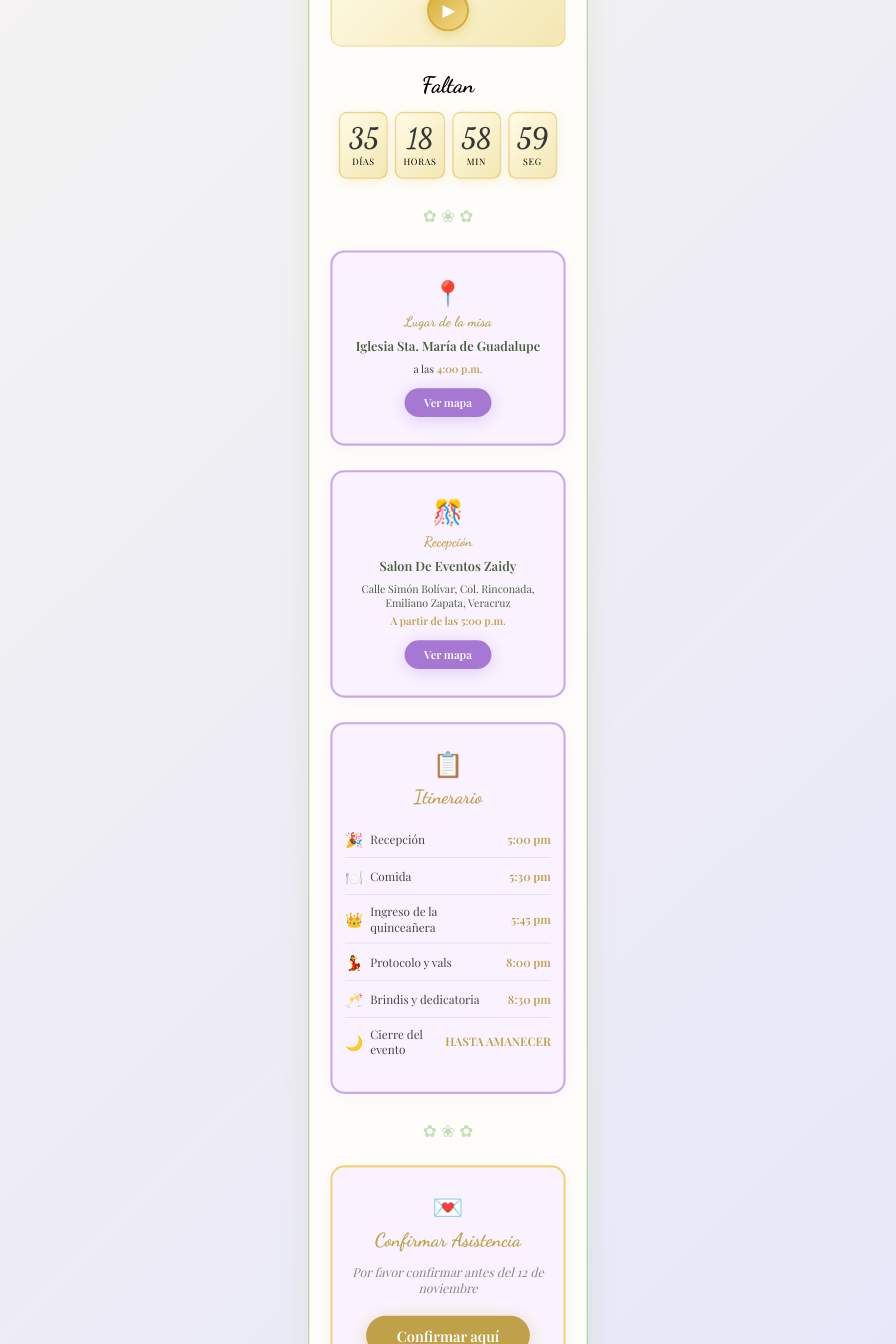
Repository: Jurgt2/InvitacionXvCamila
Page: index.html
The author's editor kept a copy of each file at every save. The page is drawn from the files as they stood at one save, then again after the next save.
The browser window is 1280 px wide. The pictures show the part of the page from y = 974 to 2894 px (the page is 3219 px tall), at 70% of full size.
Some web fonts or font styles are not loaded; a fallback is used.

Above is the page before, as saved 2025-11-15 14:23:21.
Console error: TypeError: Cannot read properties of null (reading 'href')

### index.html
<!DOCTYPE html>
<html lang="es">
<head>
    <meta charset="UTF-8">
    <meta name="viewport" content="width=device-width, initial-scale=1.0">
    <title>Mis 15 Años - María Camila</title>

    <!-- Google Fonts -->
    <link rel="preconnect" href="https://fonts.googleapis.com">
    <link rel="preconnect" href="https://fonts.gstatic.com" crossorigin>
    <link href="https://fonts.googleapis.com/css2?family=Dancing+Script:wght@400;700&family=Playfair+Display:ital,wght@0,400;0,600;1,400&display=swap" rel="stylesheet">

    <!-- Estilos personalizados -->
    <link rel="stylesheet" href="style.css">
</head>
<body>
    <!-- Contenedor principal -->
    <div class="container">
    <!-- Encabezado superior eliminado -->
        <!-- 1. Foto circular de la quinceañera -->
        <div class="photo-section">
            <div class="photo-frame">
                <img src="quinceanera.jpg" alt="Emily Camila" class="quinceanera-photo">
            </div>
            <div class="crown-decoration">👑</div>
        </div>
        <!-- 2. Título principal -->
        <h1 class="main-title" style="font-family: 'Dancing Script', cursive; font-size: 2.5rem; font-weight: 700; color: #7d4ba8; text-align: center; margin: 20px 0 0 0;">
            <span style="font-size:2.5rem; color:#bfa14a; font-family: 'Dancing Script', cursive; font-weight: 700;">Emily Camila Salazar Santamaría</span>
        </h1>
        <!-- 3. Subtítulo descriptivo -->
        <p class="subtitle">
            Sus 15 años son un reflejo de su belleza, sus sueños y su alegría.<br>
            Hoy celebramos con entusiasmo y amor...
        </p>
        <!-- Fecha destacada (ahora debajo del texto) -->
        <div class="fecha-xv" style="text-align:center; margin:10px 0 18px 0;">
            <span style="display:inline-block; background:linear-gradient(90deg,#fffbe6 60%,#bfa14a 100%); color:#bfa14a; border-radius:12px; padding:6px 18px; font-size:1.1rem; font-weight:600; letter-spacing:1px; box-shadow:0 2px 8px #f3eac080;">SÁBADO <span style="color:#bfa14a; font-size:1.3rem;">20</span> DICIEMBRE</span>
        </div>
        <!-- Nombres de papás y padrinos (formato elegante) -->
        <div class="familia-xv" style="text-align:center; margin:28px 0 18px 0;">
            <span style="color:#bfa14a; font-size:1.25rem; font-family:'Dancing Script',cursive; font-weight:700; letter-spacing:0.5px; display:block; margin-bottom:6px;">En compañía de</span>
            <div style="display:flex; justify-content:center; align-items:flex-start; gap:32px; flex-wrap:wrap; margin-bottom:6px;">
                <div style="min-width:140px;">
                    <span style="color:#bfa14a; font-size:1.1rem; font-family:'Dancing Script',cursive; font-weight:700; display:block; margin-bottom:2px;">Sus papás</span>
                    <span style="display:block; color:#555; font-size:1.08rem; font-family:'Playfair Display',serif; font-style:italic; margin-bottom:2px;">José Antonio Salazar Morales</span>
                    <span style="display:block; color:#555; font-size:1.08rem; font-family:'Playfair Display',serif; font-style:italic;">Lissette Santamaría Correa</span>
                </div>
                <div style="min-width:140px;">
                    <span style="color:#bfa14a; font-size:1.1rem; font-family:'Dancing Script',cursive; font-weight:700; display:block; margin-bottom:2px;">Sus padrinos</span>
                    <span style="display:block; color:#555; font-size:1.08rem; font-family:'Playfair Display',serif; font-style:italic; margin-bottom:2px;">Félix Córdova Alba</span>
                    <span style="display:block; color:#555; font-size:1.08rem; font-family:'Playfair Display',serif; font-style:italic;">Santa Correa Sánchez</span>
                </div>
            </div>
        </div>
        <!-- Decoración floral -->
        <div class="floral-divider">✿ ❀ ✿</div>

        <!-- 4. Reproductor de música -->
        <div class="music-section">
            <p class="music-instruction">🎵 Clic en el reproductor para escuchar la canción</p>
            <button id="playButton" class="play-button" aria-label="Reproducir música">
                <span id="playIcon">▶</span>
            </button>
            <audio id="audioPlayer" loop>
                <source src="musica.mp3" type="audio/mpeg">
                Tu navegador no soporta el elemento de audio.
            </audio>
        </div>

        <!-- 5. Cuenta regresiva -->
        <div class="countdown-section">
            <h2 class="section-title">Faltan</h2>
            <div class="countdown-container">
                <div class="countdown-box">
                    <div class="countdown-number" id="days">00</div>
                    <div class="countdown-label">Días</div>
                </div>
                <div class="countdown-box">
                    <div class="countdown-number" id="hours">00</div>
                    <div class="countdown-label">Horas</div>
                </div>
                <div class="countdown-box">
                    <div class="countdown-number" id="minutes">00</div>
                    <div class="countdown-label">Min</div>
                </div>
                <div class="countdown-box">
                    <div class="countdown-number" id="seconds">00</div>
                    <div class="countdown-label">Seg</div>
                </div>
            </div>
            <p id="countdownMessage" class="countdown-message"></p>
        </div>

        <!-- Decoración floral -->
        <div class="floral-divider">✿ ❀ ✿</div>

        <!-- 6. Sección LUGAR -->
        <div class="cuadro-misa" style="background: #faf3ff; border: 3px solid #c7a8ea; border-radius: 20px; padding: 32px 18px 38px 18px; margin: 35px 0; text-align: center; box-shadow: 0 4px 24px #e6e6fa55;">
            <div style="font-size:2.2rem; margin-bottom: 8px; color:#bfa14a;">📍</div>
                <div style="font-family: 'Dancing Script', cursive; font-size:1.25rem; color:#bfa14a; margin-bottom: 10px; font-weight: 700;">Lugar de la misa</div>
                <div style="font-family: 'Playfair Display', serif; font-size:1.15rem; color:#4b5e3c; font-weight:700; margin-bottom: 10px;">Iglesia Sta. María de Guadalupe</div>
                <div style="font-size:0.95rem; color:#444; margin-bottom: 18px;">a las <span style="color:#bfa14a; font-weight:700;">4:00 p.m.</span></div>
                <a href="https://maps.app.goo.gl/ystdQ5vSETh3HKnf7" target="_blank" rel="noopener noreferrer" style="display:inline-block; background:#a678d3; color:#fff; font-family:'Playfair Display',serif; font-size:1rem; font-weight:600; border-radius:32px; padding:10px 28px; text-decoration:none; box-shadow:0 4px 24px #a678d355; transition:background 0.2s;">Ver mapa</a>
        </div>

        <!-- 7. Sección RECEPCIÓN -->
        <div class="cuadro-recepcion" style="background: #faf3ff; border: 3px solid #c7a8ea; border-radius: 20px; padding: 32px 18px 38px 18px; margin: 35px 0; text-align: center; box-shadow: 0 4px 24px #e6e6fa55;">
            <div style="font-size:2.2rem; margin-bottom: 8px; color:#bfa14a;">🎊</div>
            <div style="font-family: 'Dancing Script', cursive; font-size:1.25rem; color:#bfa14a; margin-bottom: 10px; font-weight: 700;">Recepción</div>
            <div style="font-family: 'Playfair Display', serif; font-size:1.15rem; color:#4b5e3c; font-weight:700; margin-bottom: 10px;">Salon De Eventos Zaidy</div>
            <div style="font-family: 'Playfair Display', serif; font-size:0.95rem; color:#4b5e3c; margin-bottom: 6px;">Calle Simón Bolívar, Col. Rinconada, Emiliano Zapata, Veracruz</div>
            <div style="font-family: 'Playfair Display', serif; font-size:0.95rem; color:#bfa14a; font-weight:700; margin-bottom: 18px;">A partir de las 5:00 p.m.</div>
            <a href="https://maps.app.goo.gl/BLjvQERLtKDqoa328" target="_blank" rel="noopener noreferrer" style="display:inline-block; background:#a678d3; color:#fff; font-family:'Playfair Display',serif; font-size:1rem; font-weight:600; border-radius:32px; padding:10px 28px; text-decoration:none; box-shadow:0 4px 24px #a678d355; transition:background 0.2s;">Ver mapa</a>
        </div>
        <!-- 8. Sección ITINERARIO -->
        <div class="cuadro-itinerario" style="background: #faf3ff; border: 3px solid #c7a8ea; border-radius: 20px; padding: 32px 18px 38px 18px; margin: 35px 0; text-align: center; box-shadow: 0 4px 24px #e6e6fa55;">
            <div style="font-size:2.2rem; margin-bottom: 8px; color:#bfa14a;">📋</div>
            <div style="font-family: 'Dancing Script', cursive; font-size:1.7rem; color:#bfa14a; margin-bottom: 18px; font-weight: 700;">Itinerario</div>
            <div style="width:100%; max-width:420px; margin:0 auto;">
                <div style="display:flex; align-items:center; justify-content:space-between; padding:12px 0 12px 0; border-bottom:1px solid #e0d3f7;">
                    <span style="font-size:1.3rem; margin-right:10px; color:#bfa14a;">🎉</span>
                    <span style="flex:1; text-align:left; font-family:'Playfair Display',serif; font-size:1.05rem; color:#444;">Recepción</span>
                    <span style="font-family:'Playfair Display',serif; font-size:1.05rem; color:#bfa14a; font-weight:600; min-width:80px; text-align:right;">5:00 pm</span>
                </div>
                <div style="display:flex; align-items:center; justify-content:space-between; padding:12px 0 12px 0; border-bottom:1px solid #e0d3f7;">
                    <span style="font-size:1.3rem; margin-right:10px; color:#bfa14a;">🍽️</span>
                    <span style="flex:1; text-align:left; font-family:'Playfair Display',serif; font-size:1.05rem; color:#444;">Comida</span>
                    <span style="font-family:'Playfair Display',serif; font-size:1.05rem; color:#bfa14a; font-weight:600; min-width:80px; text-align:right;">5:30 pm</span>
                </div>
                <div style="display:flex; align-items:center; justify-content:space-between; padding:12px 0 12px 0; border-bottom:1px solid #e0d3f7;">
                    <span style="font-size:1.3rem; margin-right:10px; color:#bfa14a;">👑</span>
                    <span style="flex:1; text-align:left; font-family:'Playfair Display',serif; font-size:1.05rem; color:#444;">Ingreso de la quinceañera</span>
                    <span style="font-family:'Playfair Display',serif; font-size:1.05rem; color:#bfa14a; font-weight:600; min-width:80px; text-align:right;">5:45 pm</span>
                </div>
                <div style="display:flex; align-items:center; justify-content:space-between; padding:12px 0 12px 0; border-bottom:1px solid #e0d3f7;">
                    <span style="font-size:1.3rem; margin-right:10px; color:#bfa14a;">💃</span>
                    <span style="flex:1; text-align:left; font-family:'Playfair Display',serif; font-size:1.05rem; color:#444;">Protocolo y vals</span>
                    <span style="font-family:'Playfair Display',serif; font-size:1.05rem; color:#bfa14a; font-weight:600; min-width:80px; text-align:right;">8:00 pm</span>
                </div>
                <div style="display:flex; align-items:center; justify-content:space-between; padding:12px 0 12px 0; border-bottom:1px solid #e0d3f7;">
                    <span style="font-size:1.3rem; margin-right:10px; color:#bfa14a;">🥂</span>
                    <span style="flex:1; text-align:left; font-family:'Playfair Display',serif; font-size:1.05rem; color:#444;">Brindis y dedicatoria</span>
                    <span style="font-family:'Playfair Display',serif; font-size:1.05rem; color:#bfa14a; font-weight:600; min-width:80px; text-align:right;">8:30 pm</span>
                </div>
                <div style="display:flex; align-items:center; justify-content:space-between; padding:12px 0 12px 0;">
                    <span style="font-size:1.3rem; margin-right:10px; color:#bfa14a;">🌙</span>
                    <span style="flex:1; text-align:left; font-family:'Playfair Display',serif; font-size:1.05rem; color:#444;">Cierre del evento</span>
                    <span style="font-family:'Playfair Display',serif; font-size:1.05rem; color:#bfa14a; font-weight:600; min-width:80px; text-align:right;">HASTA AMANECER</span>
                </div>
            </div>
        </div>

        <!-- Decoración floral -->
        <div class="floral-divider">✿ ❀ ✿</div>

        <!-- 9. Sección CONFIRMAR ASISTENCIA -->
        <div class="cuadro-rsvp" style="background: #faf3ff; border: 3px solid #f3d37a; border-radius: 20px; padding: 32px 18px 38px 18px; margin: 35px 0; text-align: center; box-shadow: 0 4px 24px #e6e6fa55;">
            <div style="font-size:2.2rem; margin-bottom: 8px; color:#bfa14a;">💌</div>
            <div style="font-family: 'Dancing Script', cursive; font-size:1.7rem; color:#bfa14a; margin-bottom: 18px; font-weight: 700;">Confirmar Asistencia</div>
            <div style="font-family: 'Playfair Display', serif; font-size:1.1rem; color:#888; font-style:italic; margin-bottom: 28px;">Por favor confirmar antes del 12 de noviembre</div>
            <a href="https://wa.me/522791007933?text=Hola%2C%20confirmo%20mi%20asistencia%20a%20los%2015%20a%C3%B1os%20de%20Emily%20Camila.%20%C2%A1Ser%C3%A1%20un%20honor%20acompa%C3%B1arla%20en%20su%20d%C3%ADa%20especial!%20%F0%9F%92%96%F0%9F%8E%89" target="_blank" rel="noopener noreferrer" style="display:inline-block; background:#bfa14a; color:#fff; font-family:'Playfair Display',serif; font-size:1.3rem; font-weight:600; border-radius:32px; padding:14px 44px; text-decoration:none; box-shadow:0 4px 24px #bfa14a55; transition:background 0.2s;">Confirmar aquí</a>
        </div>

        <!-- Footer decorativo -->
        <div class="footer">
            <div style="text-align: center; margin-top: 40px; margin-bottom: 10px;">
                <span style="
                    font-family: 'Dancing Script', cursive;
                    font-size: 2.2rem;
                    color: #bfa14a;
                    font-weight: 400;
                    letter-spacing: 0.5px;
                    display: inline-block;
                    background: none;
                    padding: 0;
                    margin: 0;
                ">¡Será un honor contar con tu presencia!</span>
            </div>
            <div class="floral-divider">✿ ❀ ✿</div>
        </div>

    </div>

    <!-- Script JavaScript -->
    <script src="script.js"></script>
</body>
</html>

### style.css
/* ==========================================
   INVITACIÓN QUINCEAÑERA - DULCE PRIMAVERA
   Tema: Morado, Rosa y Dorado
   ========================================== */

/* Reset y configuración base */
* {
    margin: 0;
    padding: 0;
    box-sizing: border-box;
}

body {
    font-family: 'Playfair Display', serif;
    background: linear-gradient(135deg, #f8f6f0 0%, #e6e6fa 100%);
    min-height: 100vh;
    padding: 20px;
    color: #333;
    overflow-x: hidden;
}

/* Contenedor principal */
.container {
    max-width: 400px;
    margin: 0 auto;
    background: #fffdfa;
    border-radius: 20px;
    padding: 40px 30px;
    box-shadow: 0 10px 40px rgba(183, 215, 176, 0.15), 0 10px 40px rgba(212, 175, 55, 0.08);
    border: 2px solid #b7d7b0;
    position: relative;
}

/* ==========================================
   1. SECCIÓN DE FOTO
   ========================================== */
.photo-section {
    text-align: center;
    margin-bottom: 30px;
    position: relative;
}

.photo-frame {
    width: 180px;
    height: 180px;
    margin: 0 auto;
    border-radius: 50%;
    border: 6px solid #b7d7b0;
    overflow: hidden;
    box-shadow: 0 8px 20px rgba(183, 215, 176, 0.25), 0 8px 20px rgba(212, 175, 55, 0.15);
    position: relative;
}

.quinceanera-photo {
    width: 100%;
    height: 100%;
    object-fit: cover;
}

.crown-decoration {
    font-size: 2rem;
    margin-top: 10px;
    animation: float 3s ease-in-out infinite;
}

@keyframes float {
    0%, 100% { transform: translateY(0); }
    50% { transform: translateY(-10px); }
}

/* ==========================================
   2. TÍTULO PRINCIPAL
   ========================================== */
.main-title {
    font-family: 'Dancing Script', cursive;
    font-size: 3rem;
        color: #7d4ba8;
    text-align: center;
    margin: 20px 0;
    text-shadow: 2px 2px 4px #b7d7b0;
    font-weight: 700;
}

/* ==========================================
   3. SUBTÍTULO
   ========================================== */
.subtitle {
    font-size: 1rem;
    font-style: italic;
    text-align: center;
    color: #666;
    line-height: 1.6;
    margin-bottom: 25px;
    padding: 0 10px;
}

/* ==========================================
   DECORACIONES FLORALES
   ========================================== */
.floral-divider {
    text-align: center;
    font-size: 1.5rem;
    color: #b7d7b0;
    margin: 25px 0;
    opacity: 0.8;
}

/* ==========================================
   4. REPRODUCTOR DE MÚSICA
   ========================================== */
.music-section {
    text-align: center;
    margin: 30px 0;
    padding: 20px;
    background: linear-gradient(135deg, #fffbe6 0%, #f4e7b3 100%);
    border-radius: 15px;
    border: 2px solid rgba(212, 175, 55, 0.3);
}

.music-instruction {
    font-size: 0.9rem;
    color: #000000;
    margin-bottom: 15px;
}

.play-button {
    width: 60px;
    height: 60px;
    border-radius: 50%;
    border: 3px solid #d4af37;
    background: linear-gradient(135deg, #d4af37 0%, #f4d88a 100%);
    color: white;
    font-size: 1.5rem;
    cursor: pointer;
    transition: all 0.3s ease;
    box-shadow: 0 4px 15px rgba(212, 175, 55, 0.4);
    display: flex;
    align-items: center;
    justify-content: center;
    margin: 0 auto;
}

.play-button:hover {
    transform: scale(1.1);
    box-shadow: 0 6px 20px rgba(212, 175, 55, 0.6);
}

.play-button:active {
    transform: scale(0.95);
}

#playIcon {
    display: inline-block;
    margin-left: 3px;
}

/* ==========================================
   5. CUENTA REGRESIVA
   ========================================== */
.countdown-section {
    margin: 35px 0;
    text-align: center;
}

.section-title {
    font-family: 'Dancing Script', cursive;
    font-size: 2rem;
        color: #000000;
    margin-bottom: 20px;
    text-align: center;
}

.countdown-container {
    display: flex;
    justify-content: center;
    gap: 10px;
    flex-wrap: wrap;
}

.countdown-box {
    background: linear-gradient(135deg, #fffbe6 0%, #f4e7b3 100%);
    border-radius: 12px;
    padding: 15px 10px;
    min-width: 70px;
    box-shadow: 0 4px 15px rgba(212, 175, 55, 0.18);
    border: 2px solid rgba(212, 175, 55, 0.4);
}

.countdown-number {
    font-family: 'Dancing Script', cursive;
    font-size: 2.5rem;
    color: rgb(54, 54, 54);
    font-weight: 700;
    line-height: 1;
}

.countdown-label {
    font-size: 0.8rem;
    color: #000000;
    margin-top: 5px;
    text-transform: uppercase;
    letter-spacing: 1px;
}

.countdown-message {
    margin-top: 20px;
    font-family: 'Dancing Script', cursive;
    font-size: 1.5rem;
    color: #d4af37;
    font-weight: 700;
        color: #666;

/* ==========================================
   6. SECCIÓN LUGAR
   ========================================== */
.location-section {
    text-align: center;
    margin: 35px 0;
    padding: 25px;
    background: #fff;
    border-radius: 15px;
    border: 2.5px solid #d4af37;
    box-shadow: 0 4px 16px rgba(212, 175, 55, 0.10);
}

.location-name {
    font-size: 1.1rem;
        color: #555;
    margin: 15px 0 20px 0;
    font-weight: 600;
}

/* ==========================================
   7. ITINERARIO
   ========================================== */
.itinerary-section {
    margin: 35px 0;
    padding: 25px;
    background: linear-gradient(135deg, #f8f6f0 0%, #e6e6fa 100%);
    border-radius: 15px;
    border: 2px solid #b7d7b0;
    box-shadow: 0 4px 16px rgba(183, 215, 176, 0.10);
}

.itinerary-list {
    list-style: none;
    margin-top: 20px;
}

.itinerary-item {
    display: flex;
    align-items: center;
    padding: 12px 0;
    border-bottom: 1px solid rgba(125, 75, 168, 0.1);
}

.itinerary-item:last-child {
    border-bottom: none;
}

.itinerary-icon {
    font-size: 1.3rem;
    margin-right: 12px;
    min-width: 30px;
}

.itinerary-text {
    flex: 1;
    font-size: 0.95rem;
        color: #555;
}

.itinerary-time {
    font-size: 0.9rem;
    color: #7d4ba8;
    font-weight: 600;
    min-width: 70px;
    text-align: right;
}

/* ==========================================
   8. CONFIRMAR ASISTENCIA
   ========================================== */
.rsvp-section {
    text-align: center;
    margin: 35px 0;
    padding: 25px;
    background: linear-gradient(135deg, #fff0ff 0%, #fffaff 100%);
    border-radius: 15px;
    border: 2px solid rgba(212, 175, 55, 0.3);
}

.rsvp-text {
    font-size: 1rem;
        color: #666;
    margin: 15px 0 20px 0;
    font-style: italic;
}

/* ==========================================
   BOTONES
   ========================================== */
.btn {
    display: inline-block;
    padding: 12px 30px;
    border-radius: 25px;
    text-decoration: none;
    font-size: 1rem;
    font-weight: 600;
    transition: all 0.3s ease;
    cursor: pointer;
    border: none;
    text-align: center;
    font-family: 'Playfair Display', serif;
}

.btn-primary {
    background: linear-gradient(135deg, #7d4ba8 0%, #9d6bc8 100%);
    color: white;
    box-shadow: 0 4px 15px rgba(125, 75, 168, 0.3);
}

.btn-primary:hover {
    transform: scale(1.05);
    box-shadow: 0 6px 20px rgba(125, 75, 168, 0.5);
    background: linear-gradient(135deg, #6a3d92 0%, #8a5ab4 100%);
}

.btn-primary:active {
    transform: scale(0.98);
}

/* ==========================================
   FOOTER
   ========================================== */
.footer {
    text-align: center;
    margin-top: 40px;
    padding-top: 20px;
    border-top: 2px solid rgba(125, 75, 168, 0.1);
}

.footer-text {
    font-family: 'Dancing Script', cursive;
    font-size: 1.3rem;
        color: #7d4ba8;
    margin-bottom: 15px;
}

/* ==========================================
   RESPONSIVE DESIGN
   ========================================== */
@media (max-width: 450px) {
    .container {
        padding: 30px 20px;
    }

    .main-title {
        font-size: 2.5rem;
    }

    .countdown-box {
        min-width: 65px;
        padding: 12px 8px;
    }

    .countdown-number {
        font-size: 2rem;
    }

    .section-title {
        font-size: 1.7rem;
    }

    .itinerary-text {
        font-size: 0.85rem;
    }

    .itinerary-time {
        font-size: 0.8rem;
        min-width: 60px;
    }
}

@media (max-width: 350px) {
    .photo-frame {
        width: 150px;
        height: 150px;
    }

    .main-title {
        font-size: 2.2rem;
    }

    .countdown-container {
        gap: 8px;
    }

    .countdown-box {
        min-width: 60px;
        padding: 10px 5px;
    }

    .countdown-number {
        font-size: 1.8rem;
    }
}

Loaded but not shown: script.js (157 lines, source omitted)

After the next save:
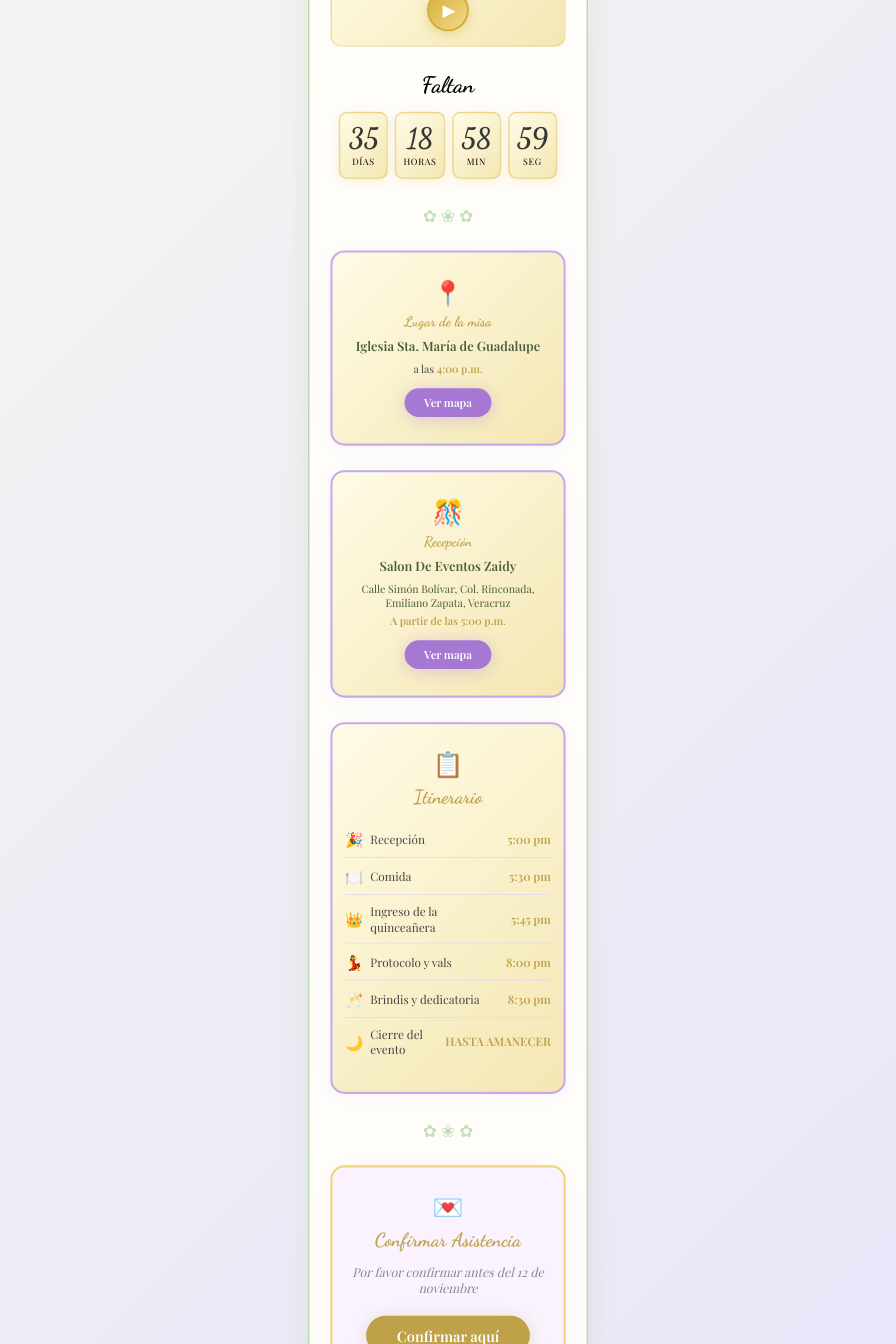
Saved 2 h 0 min later.
--- a/style.css
+++ b/style.css
@@ -1,3 +1,7 @@
+/* Cuadros personalizados para misa, recepción e itinerario */
+.cuadro-misa, .cuadro-recepcion, .cuadro-itinerario {
+    background: linear-gradient(135deg, #fffbe6 0%, #f4e7b3 100%) !important;
+}
 /* ==========================================
    INVITACIÓN QUINCEAÑERA - DULCE PRIMAVERA
    Tema: Morado, Rosa y Dorado
